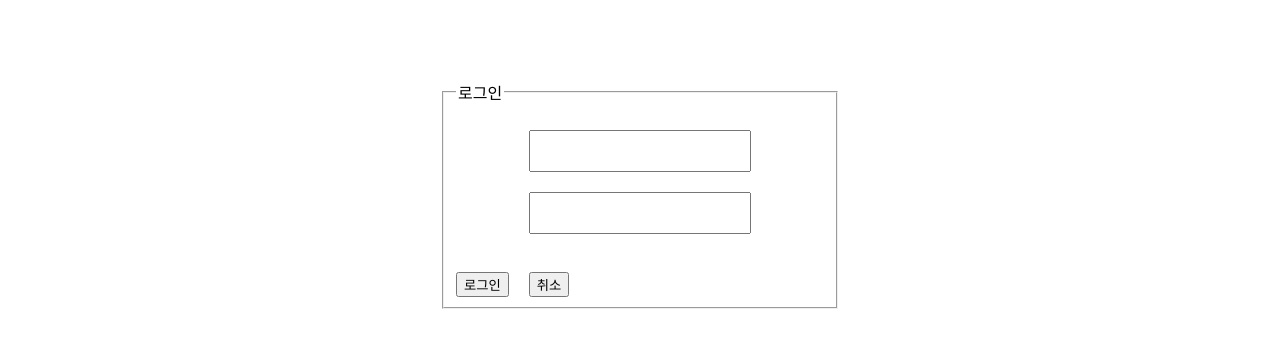
Repository: okgunyang/jsp
Page: http://localhost/practice01/login.jsp
An editor plug-in stored every save of this project. The page is shown before and after the next save, followed by the edit.
The browser window is 1280 px wide. The pictures show the whole page.
The page is served by Tomcat 9. Other server files are loaded and not shown.

Above is the page before, as saved 2022-10-14 04:56:37.

### practice01/WebContent/login.jsp
<%@ page language="java" contentType="text/html; charset=UTF-8"
    pageEncoding="UTF-8"%>
<!DOCTYPE html>
<html>
<head>
<meta charset="UTF-8">
<title>로그인</title>
<style>
#loginForm { width:400px; margin:80px auto; }
.input_data { display:block; width:200px; height:36px; line-height:36px;
clear:both; margin:20px auto; padding-left:1em; font-size:16px; }
.input_btn { display:inline-block; }
</style>
</head>
<body>
	<form action="loginPro.jsp" method="post" id="loginForm">
		<fieldset>
			<legend>로그인</legend>
			<input type="text" name="id" id="id" class="input_data">
			<input type="password" name="pw" id="pw" class="input_data"><br>
			<input type="submit" value="로그인" class="input_btn"> &nbsp; &nbsp;
			<input type="reset" value="취소" class="input_btn">
		</fieldset>
	</form>
</body>
</html>

After the next save:
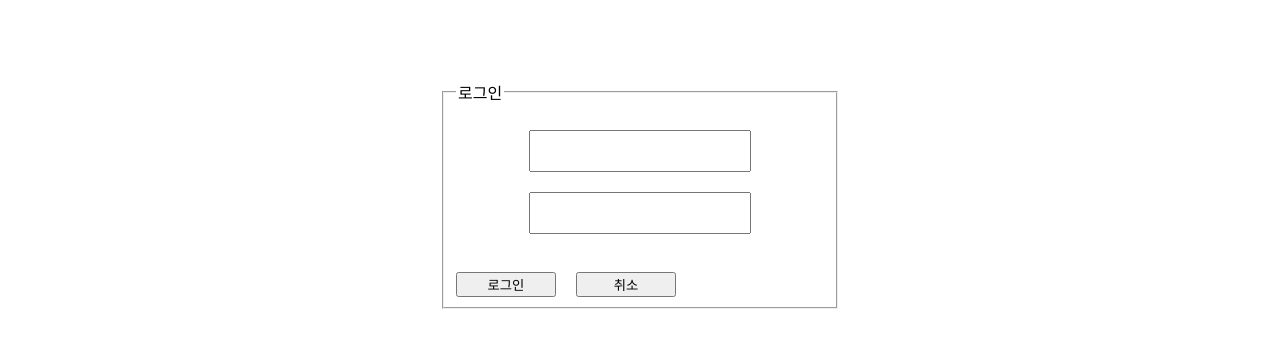
Saved 17 s later.
--- a/practice01/WebContent/login.jsp
+++ b/practice01/WebContent/login.jsp
@@ -9,7 +9,7 @@
 #loginForm { width:400px; margin:80px auto; }
 .input_data { display:block; width:200px; height:36px; line-height:36px;
 clear:both; margin:20px auto; padding-left:1em; font-size:16px; }
-.input_btn { display:inline-block; }
+.input_btn { display:inline-block; width:100px; }
 </style>
 </head>
 <body>
